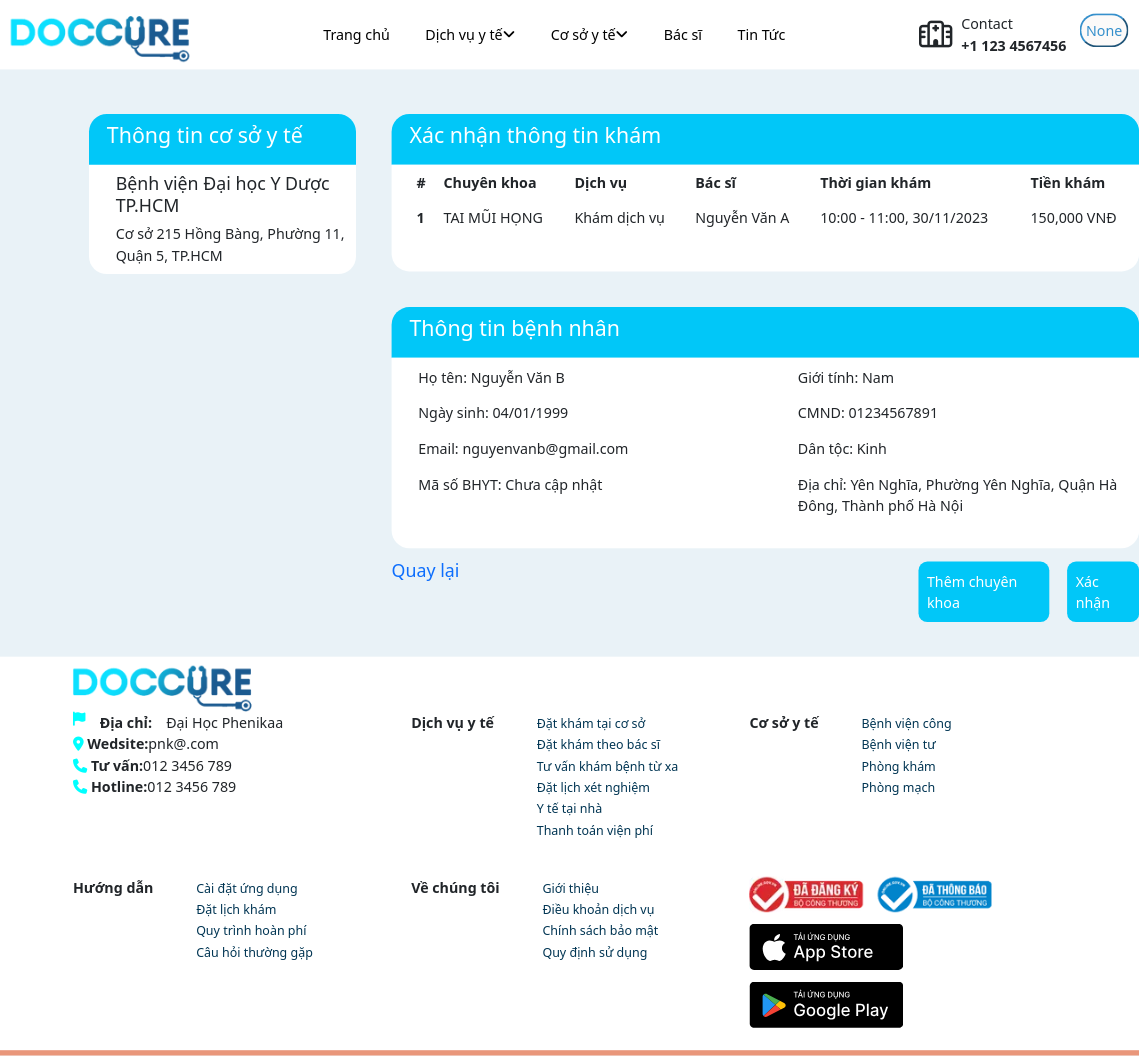
Repository: tuanminhh03/DACS-Complete
Page: http://localhost/web-user/xacnhan.php
The author's editor kept a copy of each file at every save. The page is drawn from the files as they stood at one save, then again after the next save.
The browser window is 1280 px wide. The pictures show the whole page, at 89% of full size.
The page is run by PHP 8.4 with error messages shown; the project is at /var/www/html/.

Above is the page before, as saved 2023-11-11 21:20:38.

After the next save:
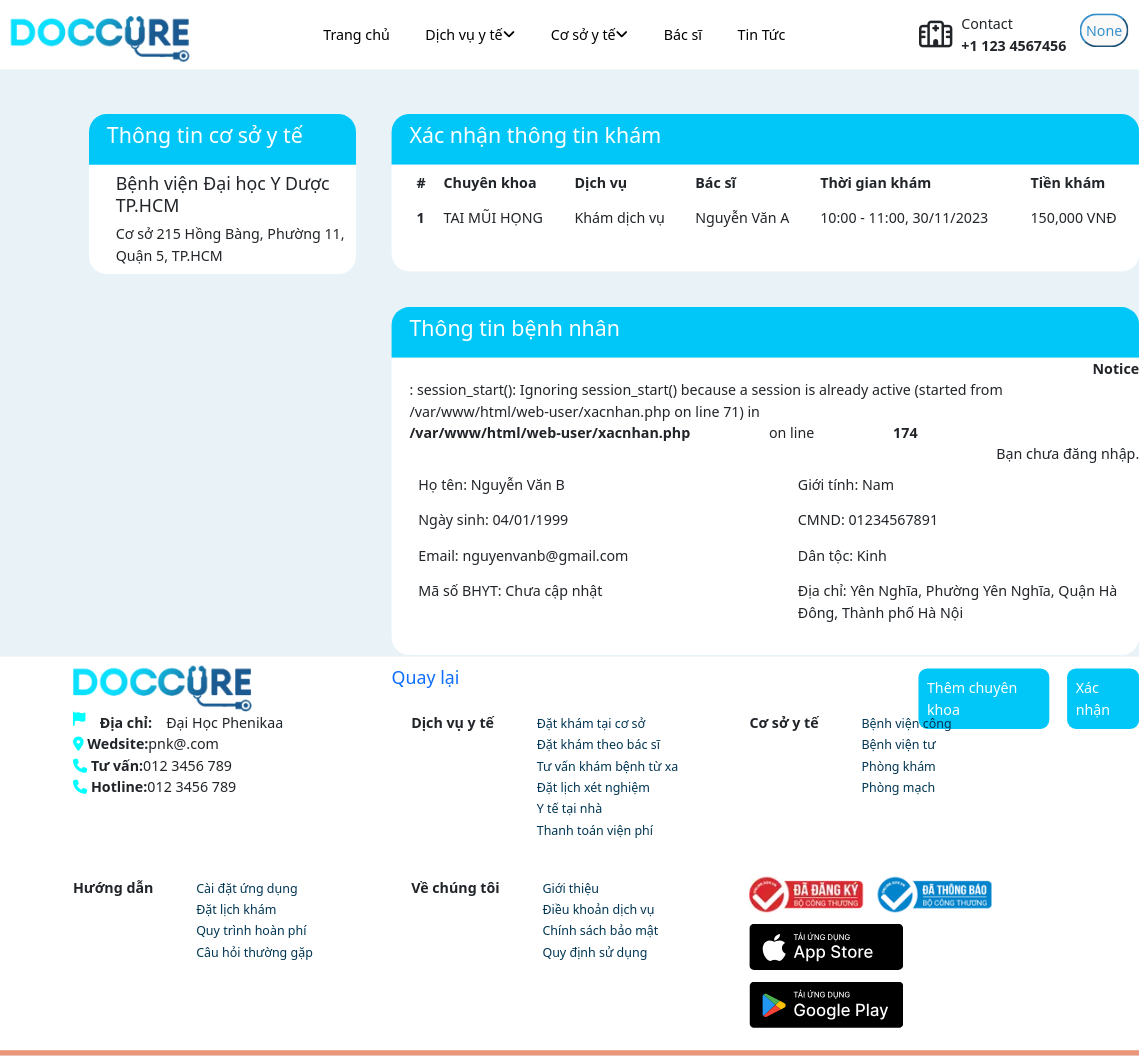
Saved 3 min 32 s later.
--- a/web-user/xacnhan.php
+++ b/web-user/xacnhan.php
@@ -169,6 +169,60 @@
                     </div>
                     <div class="right22">
                         <div class="patient-info">
+
+                            <?php
+                            session_start();
+
+                            if (isset($_SESSION["username"])) {
+                                $servername = "localhost";
+                                $username = "root";
+                                $password = "";
+                                $database = "ten_cua_database"; // Thay "ten_cua_database" bằng tên thực tế của cơ sở dữ liệu
+
+                                $conn = new mysqli($servername, $username, $password, $database);
+
+                                if ($conn->connect_error) {
+                                    die("Connection failed: " . $conn->connect_error);
+                                }
+
+                                $username = $_SESSION["username"];
+
+                                // Truy vấn dữ liệu từ cơ sở dữ liệu (ví dụ: lấy thông tin người dùng)
+                                $query = "SELECT * FROM ten_bang WHERE username = ?";
+                                $stmt = $conn->prepare($query);
+                                $stmt->bind_param("s", $username);
+                                $stmt->execute();
+                                $result = $stmt->get_result();
+
+                                // Hiển thị dữ liệu trong HTML
+                                echo '<div class="right22">';
+                                echo '<div class="patient-info">';
+
+                                while ($row = $result->fetch_assoc()) {
+                                    echo '<div class="patient-info-item">';
+                                    echo '<p>Họ tên: ' . $row['hoTen'] . '</p>';
+                                    echo '<p>Ngày sinh: ' . $row['ngaySinh'] . '</p>';
+                                    echo '<p>Email: ' . $row['email'] . '</p>';
+                                    echo '<p>Mã số BHYT: ' . $row['maSoBHYT'] . '</p>';
+                                    echo '</div>';
+
+                                    echo '<div class="patient-info-item">';
+                                    echo '<p>Giới tính: ' . $row['gioiTinh'] . '</p>';
+                                    echo '<p>CMND: ' . $row['soCMND'] . '</p>';
+                                    echo '<p>Dân tộc: ' . $row['danToc'] . '</p>';
+                                    echo '<p>Địa chỉ: ' . $row['diaChi'] . '</p>';
+                                    echo '</div>';
+                                }
+
+                                echo '</div>';
+                                echo '</div>';
+
+                                $stmt->close();
+                                $conn->close();
+                            } else {
+                                echo "Bạn chưa đăng nhập.";
+                            }
+                            ?>
                             <div class="patient-info-item">
                                 <p>Họ tên: Nguyễn Văn B</p>
                                 <p>Ngày sinh: 04/01/1999</p>
